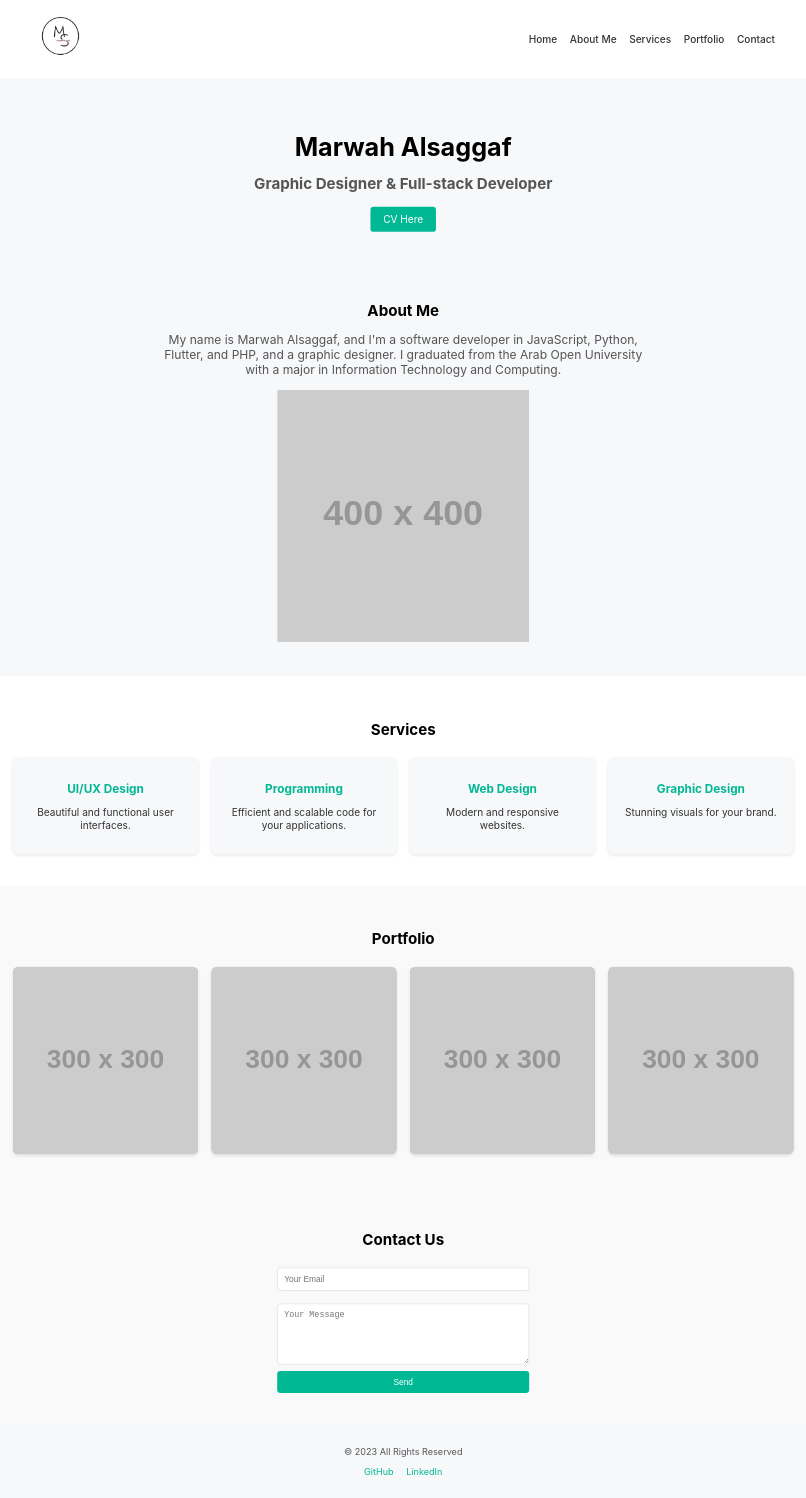
Repository: MEROO1010/Portfolio_00
Page: /services (app in portfolio_00/)
An editor plug-in stored every save of this project. The page is shown before and after the next save, followed by the edit.
The browser window is 1280 px wide. The pictures show the whole page, at 63% of full size.
The project was rebuilt for these pictures with package versions that can differ from the ones it lists, and the page was loaded fresh each time.

Above is the page before, as saved 2024-11-24 11:26:10.

### portfolio_00/src/App.jsx
import React from 'react';
import Header from './components/Header';
import Hero from './components/Hero';
import About from './components/About';
import Services from './components/Services';
import Portfolio from './components/Portfolio';
import Contact from './components/Contact';
import Footer from './components/Footer';

function App() {
  return (
    <>
      <Header />
      <Hero />
      <About />
      <Services />
      <Portfolio />
      <Contact />
      <Footer />
    </>
  );
}

export default App;

### portfolio_00/src/features/counter/counterSlice.js
import { createAsyncThunk, createSlice } from '@reduxjs/toolkit';
import { fetchCount } from './counterAPI';

const initialState = {
  value: 0,
  status: 'idle',
};

// The function below is called a thunk and allows us to perform async logic. It
// can be dispatched like a regular action: `dispatch(incrementAsync(10))`. This
// will call the thunk with the `dispatch` function as the first argument. Async
// code can then be executed and other actions can be dispatched. Thunks are
// typically used to make async requests.
export const incrementAsync = createAsyncThunk(
  'counter/fetchCount',
  async (amount) => {
    const response = await fetchCount(amount);
    // The value we return becomes the `fulfilled` action payload
    return response.data;
  }
);

export const counterSlice = createSlice({
  name: 'counter',
  initialState,
  // The `reducers` field lets us define reducers and generate associated actions
  reducers: {
    increment: (state) => {
      // Redux Toolkit allows us to write "mutating" logic in reducers. It
      // doesn't actually mutate the state because it uses the Immer library,
      // which detects changes to a "draft state" and produces a brand new
      // immutable state based off those changes
      state.value += 1;
    },
    decrement: (state) => {
      state.value -= 1;
    },
    // Use the PayloadAction type to declare the contents of `action.payload`
    incrementByAmount: (state, action) => {
      state.value += action.payload;
    },
  },
  // The `extraReducers` field lets the slice handle actions defined elsewhere,
  // including actions generated by createAsyncThunk or in other slices.
  extraReducers: (builder) => {
    builder
      .addCase(incrementAsync.pending, (state) => {
        state.status = 'loading';
      })
      .addCase(incrementAsync.fulfilled, (state, action) => {
        state.status = 'idle';
        state.value += action.payload;
      });
  },
});

export const { increment, decrement, incrementByAmount } = counterSlice.actions;

// The function below is called a selector and allows us to select a value from
// the state. Selectors can also be defined inline where they're used instead of
// in the slice file. For example: `useSelector((state: RootState) => state.counter.value)`
export const selectCount = (state) => state.counter.value;

// We can also write thunks by hand, which may contain both sync and async logic.
// Here's an example of conditionally dispatching actions based on current state.
export const incrementIfOdd = (amount) => (dispatch, getState) => {
  const currentValue = selectCount(getState());
  if (currentValue % 2 === 1) {
    dispatch(incrementByAmount(amount));
  }
};

export default counterSlice.reducer;

### portfolio_00/src/components/Header.jsx
import React from 'react';
import styled from 'styled-components';
import ImageLogo from '../assets/white_logo.png';

const HeaderContainer = styled.header`
  display: flex;
  justify-content: space-between;
  align-items: center;
  padding: 20px 50px;
  background: #fff;
  box-shadow: 0 2px 5px rgba(0, 0, 0, 0.1);
`;

const Logo = styled.div`
  font-size: 1.5rem;
  font-weight: bold;
  color: #00b894;
`;

const Nav = styled.nav`
  ul {
    list-style: none;
    display: flex;
    gap: 20px;
  }

  li {
    cursor: pointer;
    color: #333;
    font-weight: 500;
    &:hover {
      color: #00b894;
    }
  }
`;

export default function Header() {
  return (
    <HeaderContainer>
      <Logo><img src={ImageLogo} alt="Description of image" /></Logo>
      <Nav>
        <ul>
          <li>Home</li>
          <li>About Me</li>
          <li>Services</li>
          <li>Portfolio</li>
          <li>Contact</li>
        </ul>
      </Nav>
    </HeaderContainer>
  );
}

### portfolio_00/src/components/Hero.jsx
import React from 'react';
import styled from 'styled-components';

const HeroSection = styled.section`
  text-align: center;
  padding: 50px 20px;
  background: #f7f8fa;
`;

const Title = styled.h1`
  font-size: 2.5rem;
  margin-bottom: 1rem;
`;

const Subtitle = styled.h2`
  color: #555;
  margin-bottom: 2rem;
`;

const CVButton = styled.a`
  background: #00b894;
  color: white;
  padding: 10px 20px;
  text-decoration: none;
  border-radius: 5px;
  &:hover {
    background: #019474;
  }
`;

export default function Hero() {
  return (
    <HeroSection>
      <Title>Marwah Alsaggaf</Title>
      <Subtitle>Graphic Designer & Full-stack Developer</Subtitle>
      <CVButton href="#">CV Here</CVButton>
    </HeroSection>
  );
}

### portfolio_00/src/components/About.jsx
import React from 'react';
import styled from 'styled-components';

const AboutSection = styled.section`
  padding: 50px 20px;
  background: #f7f8fa;
  text-align: center;
`;

const AboutText = styled.div`
  max-width: 800px;
  margin: 0 auto;
  font-size: 1.2rem;
  color: #555;
`;

const Image = styled.img`
  margin-top: 20px;
  width: 100%;
  max-width: 400px;
`;

export default function About() {
  return (
    <AboutSection>
      <h2>About Me</h2>
      <AboutText>
        My name is Marwah Alsaggaf, and I'm a software developer in JavaScript,
        Python, Flutter, and PHP, and a graphic designer. I graduated from the
        Arab Open University with a major in Information Technology and Computing.
      </AboutText>
      <Image src="https://via.placeholder.com/400" alt="Illustration" />
    </AboutSection>
  );
}

### portfolio_00/src/components/Services.jsx
import React from 'react';
import styled from 'styled-components';

const ServicesSection = styled.section`
  padding: 50px 20px;
  text-align: center;
  background: #fff;
`;

const ServicesGrid = styled.div`
  display: grid;
  grid-template-columns: repeat(auto-fit, minmax(200px, 1fr));
  gap: 20px;
  margin-top: 30px;
`;

const ServiceCard = styled.div`
  padding: 20px;
  background: #f7f8fa;
  border-radius: 10px;
  box-shadow: 0 2px 5px rgba(0, 0, 0, 0.1);
  text-align: center;
  color: #333;

  h3 {
    color: #00b894;
    margin-bottom: 10px;
  }
`;

export default function Services() {
  return (
    <ServicesSection>
      <h2>Services</h2>
      <ServicesGrid>
        <ServiceCard>
          <h3>UI/UX Design</h3>
          <p>Beautiful and functional user interfaces.</p>
        </ServiceCard>
        <ServiceCard>
          <h3>Programming</h3>
          <p>Efficient and scalable code for your applications.</p>
        </ServiceCard>
        <ServiceCard>
          <h3>Web Design</h3>
          <p>Modern and responsive websites.</p>
        </ServiceCard>
        <ServiceCard>
          <h3>Graphic Design</h3>
          <p>Stunning visuals for your brand.</p>
        </ServiceCard>
      </ServicesGrid>
    </ServicesSection>
  );
}

### portfolio_00/src/components/Portfolio.jsx
import React from 'react';
import styled from 'styled-components';

const PortfolioSection = styled.section`
  padding: 50px 20px;
  background: #f9f9f9;
  text-align: center;
`;

const PortfolioGrid = styled.div`
  display: grid;
  grid-template-columns: repeat(auto-fit, minmax(250px, 1fr));
  gap: 20px;
  margin-top: 30px;
`;

const PortfolioItem = styled.div`
  border-radius: 10px;
  overflow: hidden;
  box-shadow: 0 2px 5px rgba(0, 0, 0, 0.1);

  img {
    width: 100%;
    height: 100%;
    object-fit: cover;
  }
`;

export default function Portfolio() {
  return (
    <PortfolioSection>
      <h2>Portfolio</h2>
      <PortfolioGrid>
        <PortfolioItem>
          <img src="https://via.placeholder.com/300" alt="Portfolio Item 1" />
        </PortfolioItem>
        <PortfolioItem>
          <img src="https://via.placeholder.com/300" alt="Portfolio Item 2" />
        </PortfolioItem>
        <PortfolioItem>
          <img src="https://via.placeholder.com/300" alt="Portfolio Item 3" />
        </PortfolioItem>
        <PortfolioItem>
          <img src="https://via.placeholder.com/300" alt="Portfolio Item 4" />
        </PortfolioItem>
      </PortfolioGrid>
    </PortfolioSection>
  );
}

### portfolio_00/src/components/Contact.jsx
import React, { useState } from 'react';
import styled from 'styled-components';
import axios from 'axios';

// Styled components
const ContactSection = styled.section`
  text-align: center;
  padding: 50px 20px;
  background: #f9f9f9;
`;

const Form = styled.form`
  max-width: 400px;
  margin: 0 auto;
  display: flex;
  flex-direction: column;
`;

const Input = styled.input`
  margin: 10px 0;
  padding: 10px;
  border: 1px solid #ddd;
  border-radius: 5px;
`;

const Textarea = styled.textarea`
  margin: 10px 0;
  padding: 10px;
  border: 1px solid #ddd;
  border-radius: 5px;
`;

const Button = styled.button`
  background: #00b894;
  color: white;
  padding: 10px;
  border: none;
  border-radius: 5px;
  cursor: pointer;
  &:hover {
    background: #019474;
  }
`;

const StatusMessage = styled.p`
  margin-top: 20px;
  color: ${({ isError }) => (isError ? 'red' : 'green')};
`;

// Contact Form Component
export default function Contact() {
  const [email, setEmail] = useState('');
  const [message, setMessage] = useState('');
  const [status, setStatus] = useState('');
  const [isError, setIsError] = useState(false);

  const handleSubmit = async (e) => {
    e.preventDefault();
    setStatus(''); // Clear previous status
    setIsError(false);

    try {
      const response = await axios.post('http://localhost:5000/Contact', { email, message });
      setStatus(response.data.success); // Display success message
    } catch (err) {
      setStatus(err.response?.data?.error || 'An unexpected error occurred.');
      setIsError(true); // Display error message
    }
  };

  return (
    <ContactSection>
      <h2>Contact Us</h2>
      <Form onSubmit={handleSubmit}>
        <Input
          type="email"
          placeholder="Your Email"
          value={email}
          onChange={(e) => setEmail(e.target.value)}
          required
        />
        <Textarea
          placeholder="Your Message"
          rows="5"
          value={message}
          onChange={(e) => setMessage(e.target.value)}
          required
        />
        <Button type="submit">Send</Button>
      </Form>
      {status && <StatusMessage isError={isError}>{status}</StatusMessage>}
    </ContactSection>
  );
}

### portfolio_00/src/components/Footer.jsx
import React from 'react';
import styled from 'styled-components';

const FooterContainer = styled.footer`
  background: #f7f8fa;
  padding: 20px;
  text-align: center;
  font-size: 0.9rem;
  color: #555;

  a {
    color: #00b894;
    margin: 0 10px;
    text-decoration: none;
  }
`;

export default function Footer() {
  return (
    <FooterContainer>
      <p>&copy; 2023 All Rights Reserved</p>
      <p>
        <a href="#">GitHub</a>
        <a href="#">LinkedIn</a>
      </p>
    </FooterContainer>
  );
}

Loaded but not shown: portfolio_00/public/index.html (common file); portfolio_00/src/index.js (common file); portfolio_00/src/app/store.js (common file); portfolio_00/src/reportWebVitals.js (common file); portfolio_00/src/index.css (common file); portfolio_00/src/features/counter/counterAPI.js (common file)

After the next save:
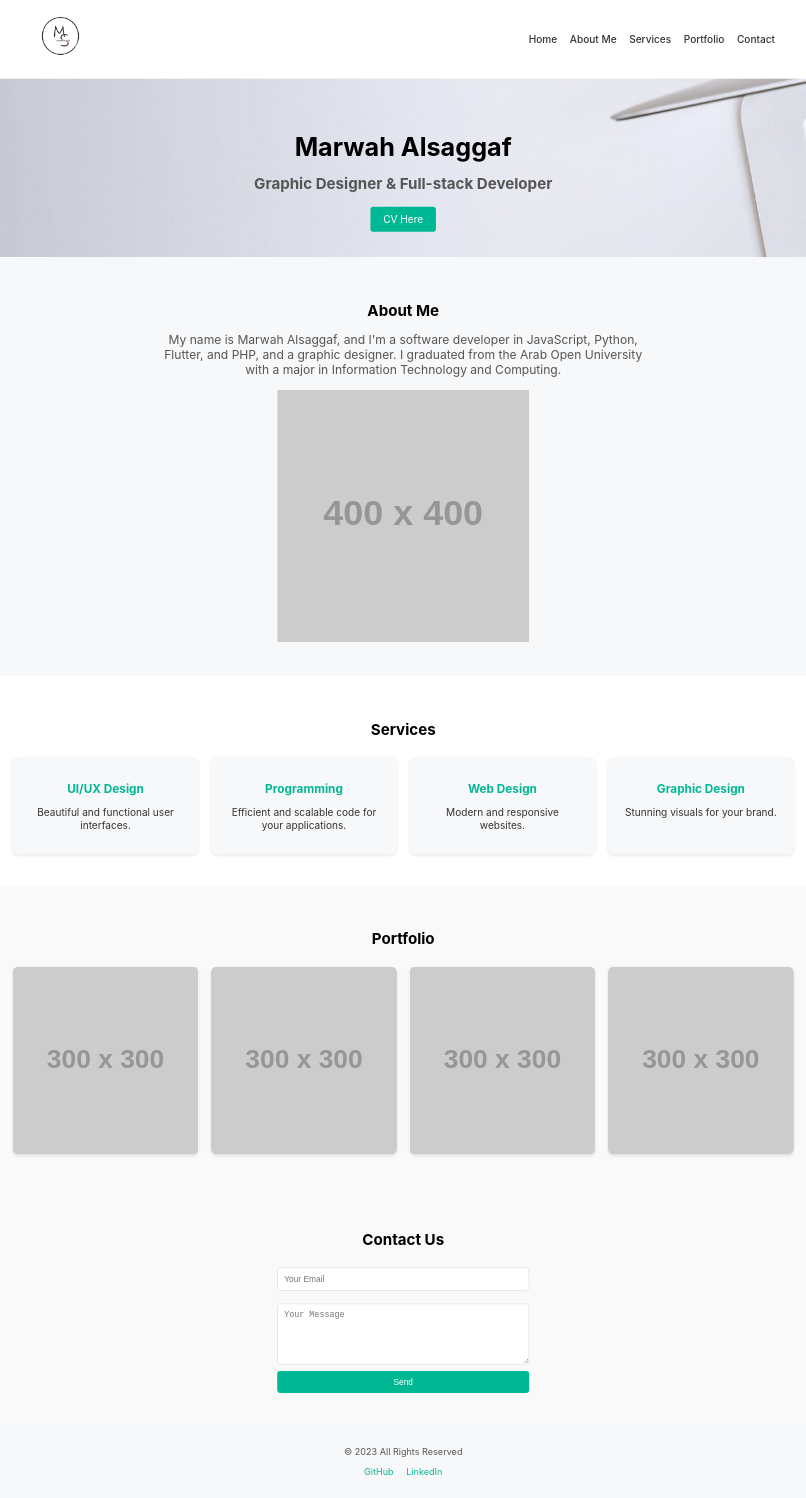
Saved 63 s later.
--- a/portfolio_00/src/components/Hero.jsx
+++ b/portfolio_00/src/components/Hero.jsx
@@ -1,10 +1,11 @@
 import React from 'react';
 import styled from 'styled-components';
+import BG from "../assets/BG_HomePage.png"
 
 const HeroSection = styled.section`
   text-align: center;
   padding: 50px 20px;
-  background: #f7f8fa;
+  background-image: url(${BG});
 `;
 
 const Title = styled.h1`
